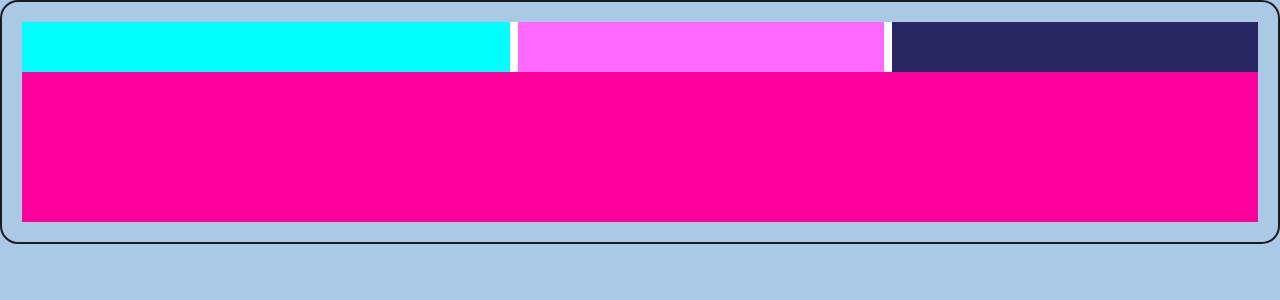
Repository: SbuKhoza/furniture
Page: /
An editor plug-in stored every save of this project. The page is shown before and after a run of saves, followed by the edit.
The browser window is 1280 px wide. The pictures show the whole page.
The project was rebuilt for these pictures with package versions that can differ from the ones it lists, and the page was loaded fresh each time.

Above is the page before, as saved 2024-07-12 12:17:00.

After the next 4 saves:
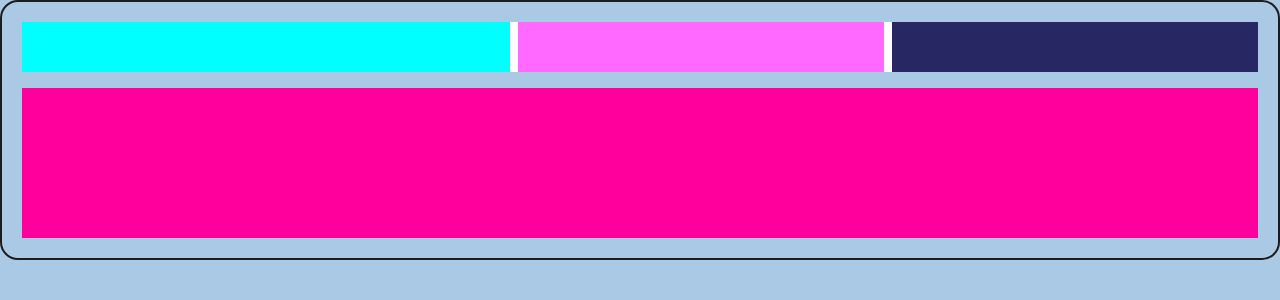
The 4 saves are shown as one change because they came seconds apart.
The last was saved 39 s later.
--- a/src/App.css
+++ b/src/App.css
@@ -11,6 +11,7 @@ body {
   padding: 20px 20px;
   border: 2px solid rgb(29, 27, 27);
   border-radius: 18px;
+  gap: 1em;
 
 }
 
